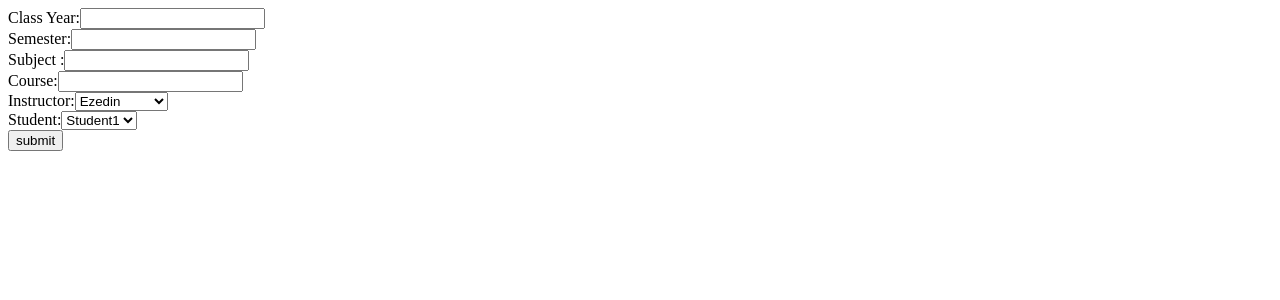
Repository: zshafi01/LearnerAcadamy
Page: http://localhost/LearnerAcadamy/Class.jsp
An editor plug-in stored every save of this project. The page is shown before and after the next save, followed by the edit.
The browser window is 1280 px wide. The pictures show the whole page.
The page is served by Tomcat 9.

Above is the page before, as saved 2021-02-03 22:42:51.

After the next save:
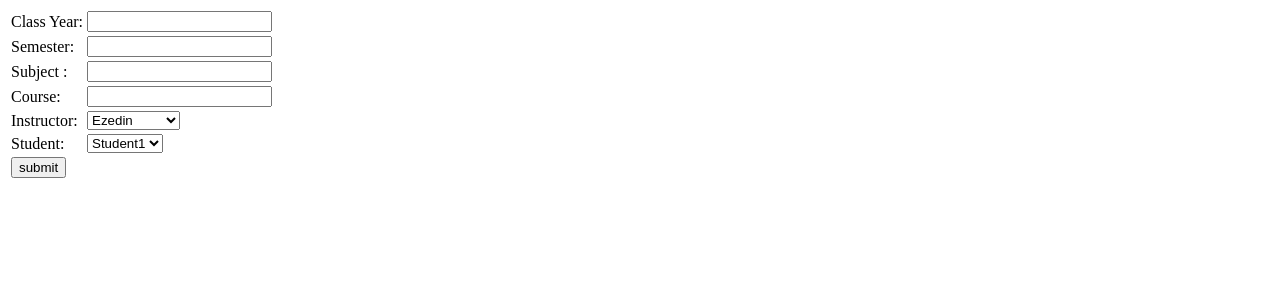
Saved 11 min 14 s later.
--- a/LearnerAcadamy/WebContent/Class.jsp
+++ b/LearnerAcadamy/WebContent/Class.jsp
@@ -8,22 +8,37 @@
 </head>
 <body>
 <form method="post" action="classHandler">
-Class Year:<input type="text" name="c_year"><br/>
-Semester:<input type="text" name="c_semester"><br/>
-Subject :<input type="text" name="c_subject"><br/>
-Course:<input type="text" name="course"><br/>
-
-Instructor:<select name="instructor">
+<table>
+<tr>
+<td>Class Year:</td><td><input type="text" name="c_year"></td>
+</tr>
+<tr>
+<td>Semester:</td><td><input type="text" name="c_semester"></td>
+</tr>
+<tr>
+<td>Subject :</td><td><input type="text" name="c_subject"></td>
+</tr>
+<tr>
+<td>Course:</td><td><input type="text" name="course"></td>
+</tr>
+<tr>
+<td>Instructor:</td><td><select name="instructor">
     <option value="fname1">Ezedin</option>
     <option value="fname2">Mohammed</option>
 	 <option value="fname3">Nebila</option>
-</select><br/>
-Student:<select name="student">
+</select></td>
+</tr>
+<tr>
+<td>Student:</td><td><select name="student">
     <option value="classA">Student1</option>
     <option value="classB">Student2</option>
 	 <option value="classC">Student3</option>
-</select><br/>
-<input type="submit" value="submit">
+</select></td>
+</tr>
+<tr>
+<td><input type="submit" value="submit"></td>
+</tr>
+</table>
 </form>
 
 </body>
